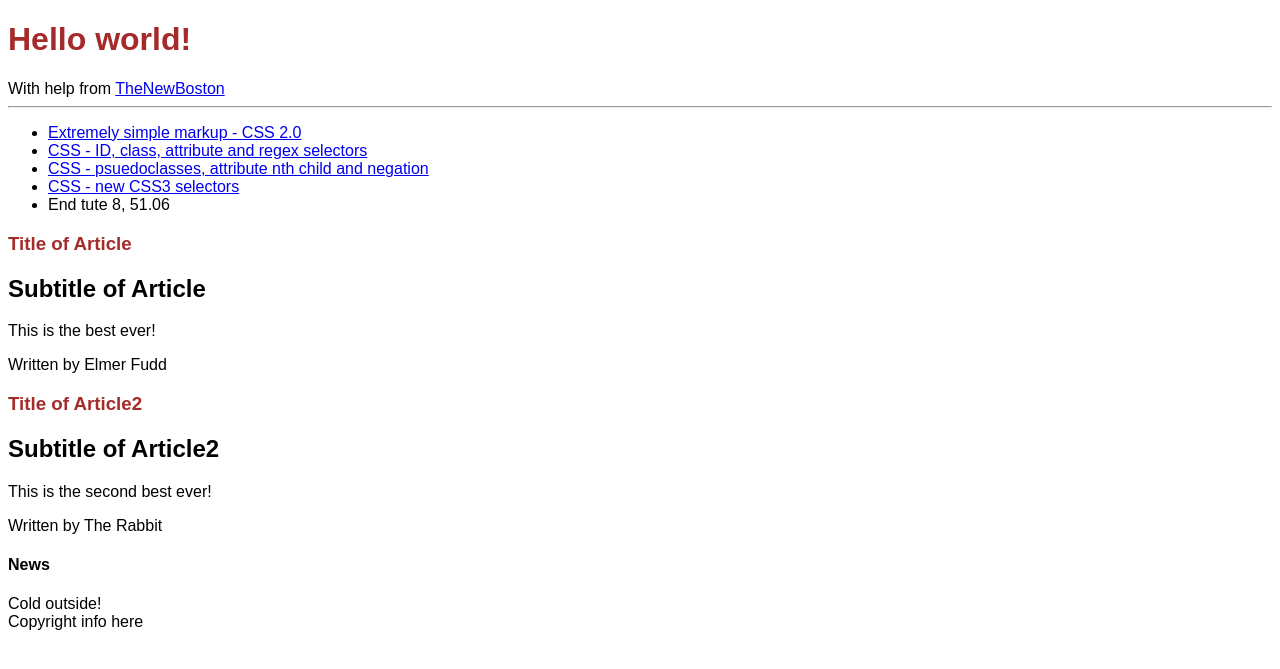
Repository: jksfoTemp/HTML5
Page: default.4.html
The author's editor kept a record of every edit. The page is drawn from the files as they stood at one moment, then again after the next edit.
The browser window is 1280 px wide. The pictures show the whole page.

Above is the page before.
Console error: TypeError: Cannot set properties of null (setting 'innerText')

### default.4.html
    <!DOCTYPE html>

<!--
    This is an HTML page that contains a CSS and a Javascript file.

    Run this sample by clicking the 'Preview' button on top;
    a new tab will open with the current page open.
-->
<html lang="en">
    <head>
        <meta charset="utf-8" />
        <title>Hello world from Cloud9!</title>
        <link rel="stylesheet" href="css/default.0.css" type="text/css"/>
    </head>

    <body>
        <div id=" big_wrapper">
            <header id="top_header">
                <h1>Hello world!</h1>
                With help from <a href="https://www.youtube.com/watch?v=k0f9pC8b3wM">TheNewBoston</a>
            </header>

            <hr/>

            <nav id="top_menu">
                <ul>
                    <li><a href="default.0.html">Extremely simple markup - CSS 2.0</a></li>
                    <li><a href="default.1.html">CSS - ID, class, attribute and regex selectors</a></li>
                    <li><a href="default.2.html">CSS - psuedoclasses, attribute nth child and negation </a></li>
                    <li><a href="default.3.html">CSS - new CSS3 selectors </a></li>
                    <li>End tute 8, 51.06</li>
                </ul>
            </nav>


            <section id="main_section">
                <article>
                    <header>
                         <hgroup>
                            <h1>Title of Article</h1>
                            <h2>Subtitle of Article</h2>
                         </hgroup>
                    </header>
                    <p> This is the best ever!</p>
                    <footer>
                        <p>Written by Elmer Fudd</p>
                    </footer>
                </article>
                <article>
                    <header>
                         <hgroup>
                            <h1>Title of Article2</h1>
                            <h2>Subtitle of Article2</h2>
                         </hgroup>
                    </header>
                    <p> This is the second best ever!</p>
                    <footer>
                        <p>Written by The Rabbit</p>
                    </footer>
                </article>
            </section>
            <aside id="side_news">
                <h4>News</h4>
                Cold outside!

            </aside>

            <footer id="the_footer">
                Copyright info here
            </footer>
            <!-- load scripts at the bottom of your page -->
            <script src="js/site.js"></script>
        </div>
    </body>
</html>

### css/default.0.css
body {
    font-family: Arial;
}

h1 {
    color: brown ;
}

### js/site.js
document.addEventListener("DOMContentLoaded", function () {
    var tagline = document.querySelector("p.tagline");
    tagline.innerText = "From Cloud9 IDEsCFDXzcx!";
});

### css/default.4.css
*{
    margin: 0px;
    padding: 0px;
}

h1{
    font: bold 20px Tahoma;
    color: red;
}

h2{
    font: bold 14px Tahoma;
}

header, section, footer, aside, nav, article, hgroup{
    /* Make all elements block layout for browser consistency */
    display: block;
}

body {
    /* acommodate layout for older browsers */
    text-align: center;
}

#big_wrapper {
    border: 1px solid black;
    width: 1000px;
    margin: 20px auto;
    text-align: left;
}

#top_header {
    background: yellow;
    border: 1px solid blue;
    padding: 20px;

}

#top_menu {
    background: blue;
    color: white;
    padding: 20px;

}

#top_menu li {
    display: inline-block;
    list-style: none;
    padding: 5px;
    font: bold 14px Tahoma;
}

#main_section{
    float: left;
    width: 660px;
    margin: 30px; /* 720 width, 280 left */
}

#side_news{
    float: left;
    width: 220px;
    margin: 20px 0px;
    padding: 30px;
    background: #66CCEE;
}

#the_footer{
    clear: both;
    text-align: center;
    padding: 20px;
    border-top: 2px solid green;
}

article {
    background: #FFFBCC;
    border: 1px solid red;
    padding: 20px;
    margin-bottom: 15px;
}

article footer {
    text-align: right;
}

After the next edit:
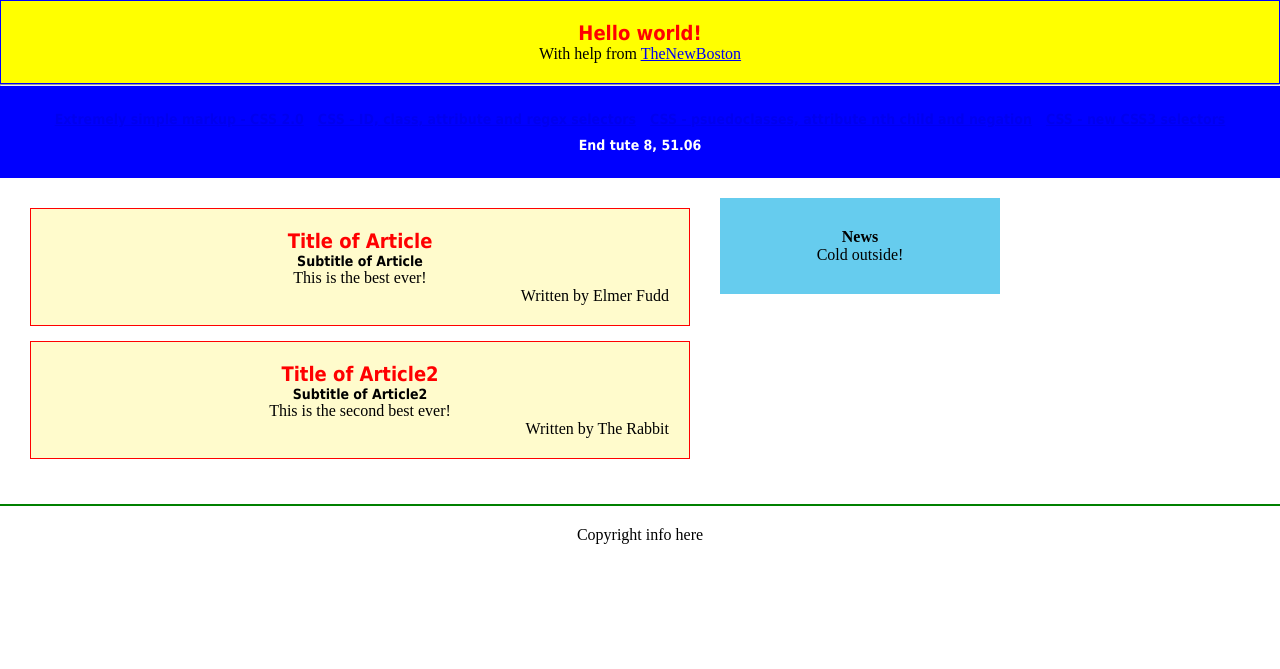
The edit:
--- a/default.4.html
+++ b/default.4.html
@@ -10,7 +10,7 @@
     <head>
         <meta charset="utf-8" />
         <title>Hello world from Cloud9!</title>
-        <link rel="stylesheet" href="css/default.0.css" type="text/css"/>
+        <link rel="stylesheet" href="css/default.4.css" type="text/css"/>
     </head>
 
     <body>
